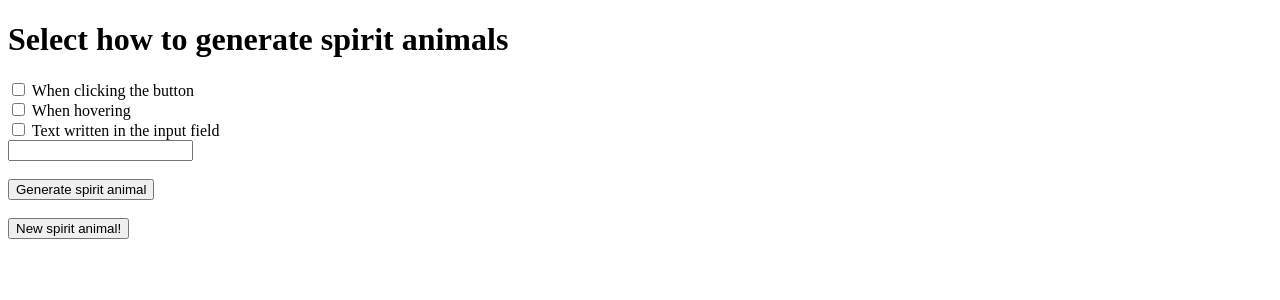
Repository: andrii1/hyf-homework
Page: javascript/javascript2/week1/name-generator.html
An editor plug-in stored every save of this project. The page is shown before and after the next save, followed by the edit.
The browser window is 1280 px wide. The pictures show the whole page.

Above is the page before, as saved 2022-06-25 14:19:19.

### javascript/javascript2/week1/name-generator.html
<!DOCTYPE html>
<html lang="en">
<head>
  <meta charset="UTF-8">
  <meta http-equiv="X-UA-Compatible" content="IE=edge">
  <meta name="viewport" content="width=device-width, initial-scale=1.0">
  <title>Spirit animal name generator</title>
</head>
<body>
  <h1>Select how to generate spirit animals</h1>
  <input type="checkbox" id="button-click" name="vehicle1" value="Bike">
  <label for="vehicle1">When clicking the button</label><br>
  <input type="checkbox" id="vehicle2" name="vehicle2" value="Car">
  <label for="vehicle2">When hovering</label><br>
  <input type="checkbox" id="vehicle3" name="vehicle3" value="Boat">
  <label for="vehicle3">Text written in the input field</label><br>
  <form action="#">
    <input type="text" id="input"><br>
    <br>
    <input type="submit" id="button" value="Generate spirit animal">
  </form>
  <br>
  <button id="new-animal">New spirit animal!</button>
  <div id="display"></div>
  <script src="app.js"></script>
</body>
</html>

### javascript/javascript2/week1/app.js
const animals = [
  "spirit cat",
  "moon dog",
  "crying snake",
  "dangerous lion",
  "yellow tiger",
  "sun bear",
  "jupiter crocodile",
  "mars shark",
  "venus whale",
  "saturn crocodile",
];
const input = document.getElementById("input");
const button = document.getElementById("button");
const display = document.getElementById("display");
const newAnimalButton = document.getElementById("new-animal");
function generateSpiritAnimal() {
  const text = input.value;
  if (typeof text !== "string" || text === "") {
    throw new Error("Name must be a non-empty string");
  }

  display.innerHTML = `${text} - The ${
    animals[Math.floor(Math.random() * animals.length)]
  }`;
}

function newSpiritAnimal() {
  const animal = display.innerHTML;
  if (animal === "") {
    throw new Error("Generate animal first!");
  }
  const text = input.value;
  display.innerHTML = `${text} - The ${
    animals[Math.floor(Math.random() * animals.length)]
  }`;
}

button.addEventListener("click", generateSpiritAnimal);
newAnimalButton.addEventListener("click", newSpiritAnimal);

After the next save:
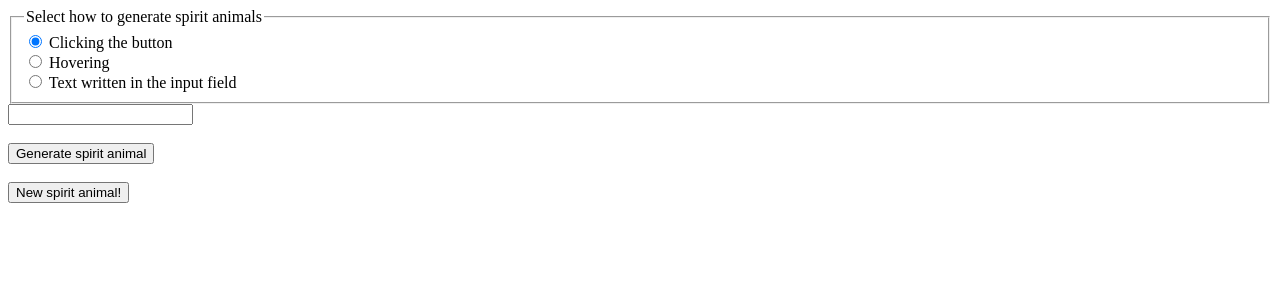
Saved 4 min 33 s later.
--- a/javascript/javascript2/week1/name-generator.html
+++ b/javascript/javascript2/week1/name-generator.html
@@ -7,13 +7,25 @@
   <title>Spirit animal name generator</title>
 </head>
 <body>
-  <h1>Select how to generate spirit animals</h1>
-  <input type="checkbox" id="button-click" name="vehicle1" value="Bike">
-  <label for="vehicle1">When clicking the button</label><br>
-  <input type="checkbox" id="vehicle2" name="vehicle2" value="Car">
-  <label for="vehicle2">When hovering</label><br>
-  <input type="checkbox" id="vehicle3" name="vehicle3" value="Boat">
-  <label for="vehicle3">Text written in the input field</label><br>
+  <fieldset>
+    <legend>Select how to generate spirit animals</legend>
+
+    <div>
+      <input type="radio" id="clicking-button" name="checkbox" value="clicking-button" checked>
+      <label for="clicking-button">Clicking the button</label>
+    </div>
+
+    <div>
+      <input type="radio" id="hovering" name="checkbox" value="hovering">
+      <label for="hovering">Hovering</label>
+    </div>
+
+    <div>
+      <input type="radio" id="writing-text" name="checkbox" value="writing-text">
+      <label for="writing-text">Text written in the input field</label>
+    </div>
+  </fieldset>
+
   <form action="#">
     <input type="text" id="input"><br>
     <br>
